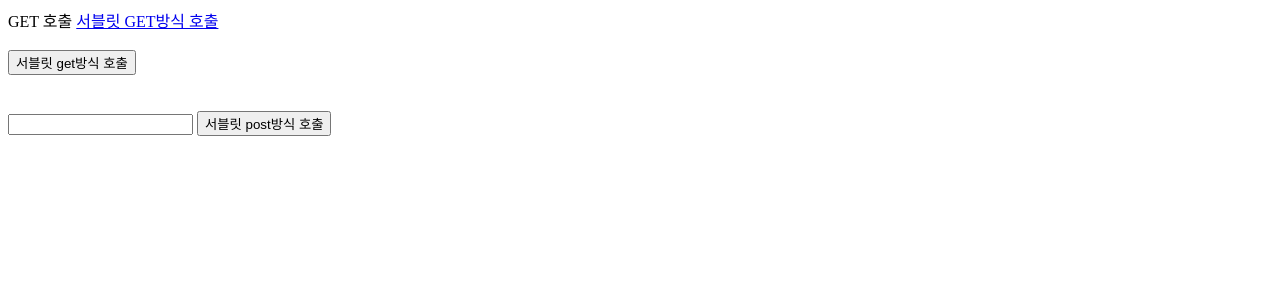
Repository: Won-Hyuk-Lee/kosta_java
Page: http://localhost/web_prj/Practice_Servlet_Call.jsp
An editor plug-in stored every save of this project. The page is shown before and after the next save, followed by the edit.
The browser window is 1280 px wide. The pictures show the whole page.
The page is served by Tomcat 9. Nobody is signed in. The application's start-up code is not run.

Above is the page before, as saved 2024-05-21 07:32:04.

After the next save:
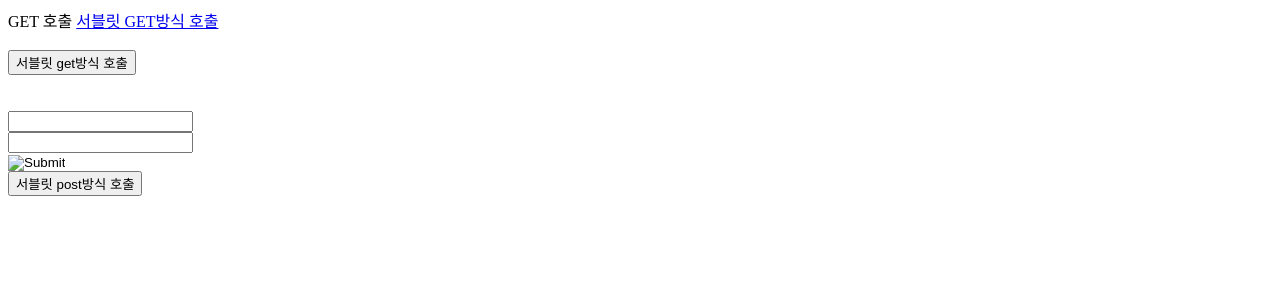
Saved 34 s later.
--- a/web_prj/src/main/webapp/Practice_Servlet_Call.jsp
+++ b/web_prj/src/main/webapp/Practice_Servlet_Call.jsp
@@ -16,7 +16,10 @@
 </form><br><br>
 
 <form method="post" action="/board_servlet_url">
-	<input type = "text" value = "">
+	<input type = "text"><br>
+	<input type = "password"><br>
+	<input type = "image"><br>
+
 	<input type = "submit" value = "서블릿 post방식 호출">
 </form><br><br>
 </body>
